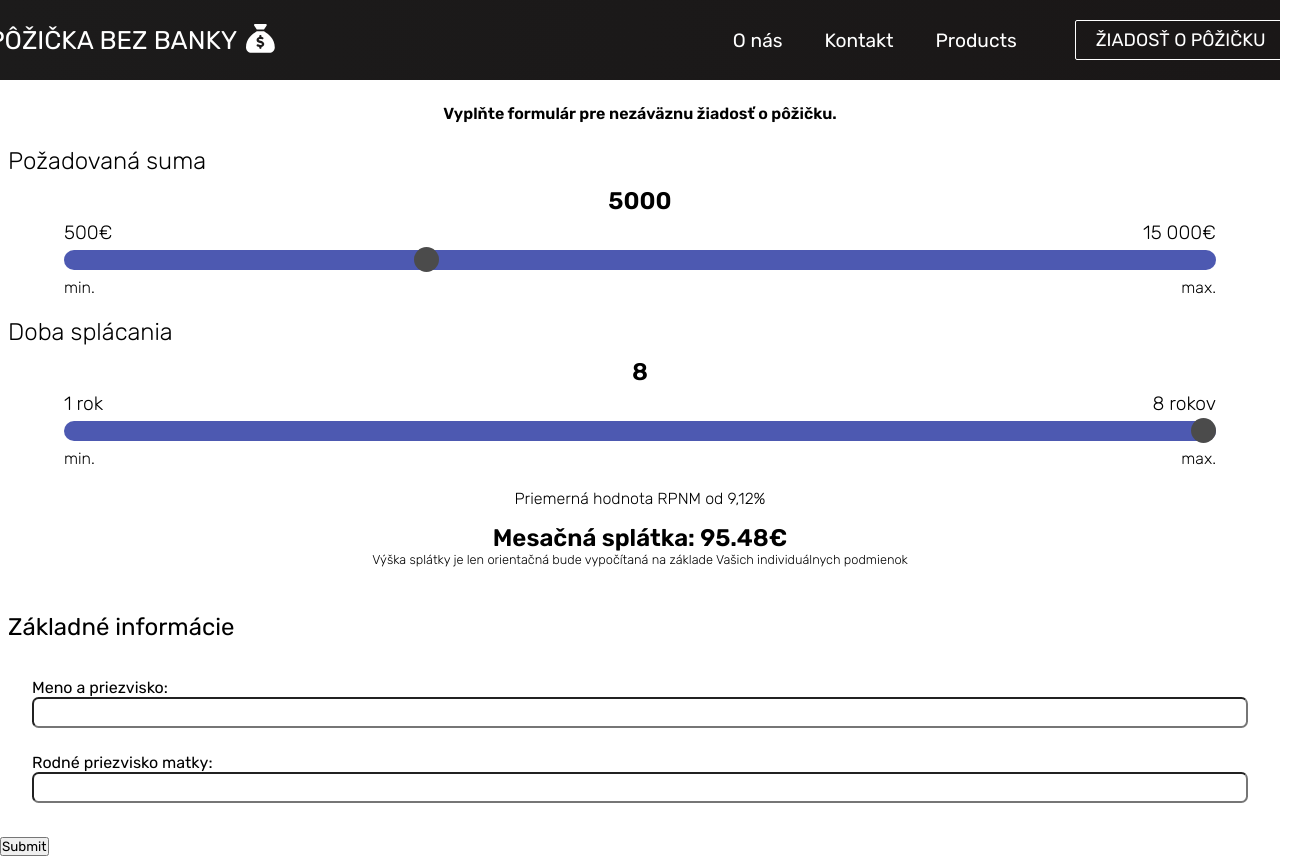
Repository: steve-lgtm/React-website-pozickabezbanky
Page: /ziadost
The author's editor kept a copy of each file at every save. The page is drawn from the files as they stood at one save, then again after the next save.
The browser window is 1280 px wide. The page is 1305 px wide, so the pictures cover 1305 px, including what lies to the right of the window. The pictures show the whole page.
Some web libraries are served in a nearby version. The project was rebuilt for these pictures with package versions that can differ from the ones it lists, and the page was loaded fresh each time. Also part of the build but not shown: src/components/pages/Home.js, src/components/pages/Kontakt.js, src/components/pages/Products.js.

Above is the page before, as saved 2022-07-10 16:24:08.

### src/App.js
import React from 'react';
import Navbar from './components/Navbar';
import './App.css';
import Home from './components/pages/Home.js';
import { BrowserRouter as Router, Routes, Route } from 'react-router-dom';
import Kontakt from './components/pages/Kontakt';
import Products from './components/pages/Products';
import Ziadost from './components/pages/Ziadost';
import { library } from '@fortawesome/fontawesome-svg-core'
import { fas } from '@fortawesome/free-solid-svg-icons'


library.add(fas)


function App() {
  return (
      <Router>
        <Navbar />
        <Routes>
          <Route path='/' exact element={<Home />} />
          <Route path='/kontakt' element={<Kontakt/>} />
          <Route path='/products' element={<Products/>} />
          <Route path='/ziadost' element={<Ziadost/>} />
        </Routes>
      </Router>
  );
}

export default App;

### src/components/Navbar.js
import React, { useState, useEffect } from 'react';
import { Button } from './Button';
import { Link } from 'react-router-dom';
import './Navbar.css';
import { FontAwesomeIcon } from '@fortawesome/react-fontawesome';

function Navbar() {
  const [click, setClick] = useState(false);
  const [button, setButton] = useState(true);

  const handleClick = () => setClick(!click);
  const closeMobileMenu = () => setClick(false);

  const showButton = () => {
    if (window.innerWidth <= 1040) {
      setButton(false);
    } else {
      setButton(true);
    }
  };

  useEffect(() => {
    showButton();
  }, []);

  window.addEventListener('resize', showButton);

  return (
    <>
      <nav className='navbar'>
        <div className='navbar-container'>
          <Link to='/' className='navbar-logo' onClick={closeMobileMenu}>
            PÔŽIČKA BEZ BANKY
           {/* <FontAwesomeIcon icon="fa-solid fa-money-bill-1-wave" className='nav-icon'/> */}
           <FontAwesomeIcon icon="fa-solid fa-sack-dollar" className='nav-icon' />
          </Link>
          <div className='menu-icon' onClick={handleClick}>
            <i className={click ? 'fas fa-times' : 'fas fa-bars'} />
          </div>
          <ul className={click ? 'nav-menu active' : 'nav-menu'}>
            <li className='nav-item'>
              <Link to='/' className='nav-links' onClick={closeMobileMenu}>
                O nás
              </Link>
            </li>
            <li className='nav-item'>
              <Link
                to='/kontakt'
                className='nav-links'
                onClick={closeMobileMenu}
              >
                Kontakt
              </Link>
            </li>
            <li className='nav-item'>
              <Link
                to='/products'
                className='nav-links'
                onClick={closeMobileMenu}
              >
                Products
              </Link>
            </li>

            <li>
              <Link
                to='/ziadost'
                className='nav-links-mobile'
                onClick={closeMobileMenu}
              >
                ŽIADOSŤ O PÔŽIČKU
              </Link>
            </li>
          </ul>
          {button && <Button buttonStyle='btn--outline'>ŽIADOSŤ O PÔŽIČKU</Button>}
        </div>
      </nav>
    </>
  );
}

export default Navbar;

### src/App.css
@import url('https://fonts.googleapis.com/css2?family=Rubik:wght@300;400;600&display=swap');
* {
  box-sizing: border-box;
  margin: 0;
  padding: 0;
  font-family: 'Rubik', sans-serif;



}

.home,
.services,
.products,
.sign-up {
  display: flex;
  height: 89vh;
  align-items: center;
  justify-content: center;
  font-size: 3rem;
}

.services {
  background-color: blue;
  background-size: cover;
  background-repeat: no-repeat;
  color: rgb(0, 0, 0);
  font-size: 20px;
}

.products {
  background-color: blue;
  background-position: center;
  background-size: cover;
  background-repeat: no-repeat;
  color: #fff;
  font-size: 100 rem;
}

.sign-up {
  background-position: center;
  background-size: cover;
  background-repeat: no-repeat;
  color: rgb(0, 0, 0);
  font-size: 100px;
}
.home {
  background-position: center;
  background-size: cover;
  background-repeat: no-repeat;
  color: rgb(0, 0, 0);
  font-size: 100px;
}

### src/components/pages/Ziadost.js
import React from 'react';
import '../../App.css';
import './Ziadost.css'
import { useState } from 'react';
import { useFormik} from 'formik'

function PMT(ir, np, pv, fv, type) {

  //  * ir   - interest rate per month
  //  * np   - number of periods (months)
   // * pv   - present value
   // * fv   - future value
  //  * type - when the payments are due:
 //   *        0: end of the period, e.g. end of month (default)
  //  *        1: beginning of period

   var pmt, pvif;

   fv || (fv = 0);
   type || (type = 0);

   if (ir === 0)
       return -(pv + fv)/np;

   pvif = Math.pow(1 + ir, np);
   pmt = - ir * pv * (pvif + fv) / (pvif - 1);

   if (type === 1)
       pmt /= (1 + ir);


   return pmt;}

export default function Ziadost() {
  const [mounthAmount, setMounthAmount] = useState(95.48);
  const formik =  useFormik({
    initialValues: {
      amount: 5000,
      period: 8,
      name: '',
      surnameMom:''
    },
    onSubmit: values => {
      console.log('Form data',values)
    },
    validate: values => {
      let errors ={}

      if(!values.name) {
        errors.name = 'Requiered'
      }

      if(!values.surnameMom) {
        errors.name = 'Requiered'
      }

      return errors
    }
  });

 const changeAmount = (e) => {
  let urk_sdz = 0.1834;
  if(e.target.name==='amount'){
    let urk_sdz = 0.1834;
    if ( formik.values.period===1) urk_sdz = 0.3910;
    if ( formik.values.period>1 && formik.values.period<6 ) urk_sdz = 0.2098; //0.22;
    if ( formik.values.period>5 && formik.values.period<9 ) urk_sdz = 0.1834;
    let finalAmount = Math.round(PMT(Math.pow((1+urk_sdz),1/12)-1,(formik.values.period*12),-1*e.target.value)*100) /100;
  setMounthAmount(finalAmount)}

  if(e.target.name==='period'){
    if ( e.target.value===1) urk_sdz = 0.3910;
    if ( e.target.value>1 && e.target.value<6 ) urk_sdz = 0.2098; //0.22;
    if ( e.target.value>5 && e.target.value<9 ) urk_sdz = 0.1834;
    let finalAmount = Math.round(PMT(Math.pow((1+urk_sdz),1/12)-1,(e.target.value*12),-1*formik.values.amount)*100) /100;
    setMounthAmount(finalAmount)}
  };
  return (
    <>
      <h1 className='header-form'>
          Vyplňte formulár pre nezáväznu žiadosť o pôžičku.
        </h1>
      <form onSubmit={formik.handleSubmit}>
      <div className='container-form'>
        <div className='section-name'>Požadovaná suma</div>
            <h2>{formik.values.amount}</h2>
            <div className="containerslider">
                <div className="pullleft" style={{fontSize:"1.2rem"}}>
                    500€
                </div>
                <div className="pullright" style={{fontSize:"1.2rem"}}>
                    15 000€
                </div>
            <input type="range" name="amount" step="100" min="500" max="15000" onChange={(e) =>{formik.handleChange(e); changeAmount(e)}} value={formik.values.amount} className="slider" id="suma"/>
            <div className="pullleft" style={{fontSize: "1rem"}}>
                min.
            </div>
            <div className="pullright" style={{fontSize: "1rem"}}>
                max.
            </div>
            </div>

       <div className='section-name'>Doba splácania</div>
       <h2>{formik.values.period}</h2>
            <div className="containerslider">
                <div className="pullleft" style={{fontSize:"1.2rem"}}>
                    1 rok
                </div>
                <div className="pullright" style={{fontSize:"1.2rem"}}>
                    8 rokov
                </div>
            <input type="range" name="period" step="1" min="1" max="8" onChange={(e) => {formik.handleChange(e); changeAmount(e)}} value={formik.values.period} className="slider" id="doba"/>
            <div className="pullleft" style={{fontSize: "1rem"}}>
                min.
            </div>
            <div className="pullright" style={{fontSize: "1rem"}}>
                max.
            </div>
            </div>
            <div className="info">
        Priemerná hodnota RPNM od 9,12%
        </div>
        <h2> Mesačná splátka: {mounthAmount}€</h2>
        <div className="info2">
            Výška splátky je len orientačná bude vypočítaná na základe Vašich individuálnych podmienok
        </div>
            </div>
          <div className='personal-data'>
          <div className='section-name'>Základné informácie</div>
            <div className='personal-data-field'>
          <label htmlFor="name">Meno a priezvisko:</label>
      <input type="text" name="name" id="name" onChange={formik.handleChange} value={formik.values.name}/>
      </div>
      <div className='personal-data-field'>
      <label htmlFor="surnameMom">Rodné priezvisko matky:</label>
      <input type="text" name="surnameMom" id="surnameMom" onChange={formik.handleChange} value={formik.values.surnameMom}/>
            </div>
            </div>
            <button type='submit'>Submit</button>
      </form>

    </>
  );
}

### src/components/Button.js
// import React from 'react';
// import './Button.css';
// import { Link } from 'react-router-dom';

// export function Button() {
//   return (
//     <Link to='sign-up'>
//       <button className='btn'>Sign Up</button>
//     </Link>
//   );
// }

import React from 'react';
import './Button.css';
import { Link } from 'react-router-dom';

const STYLES = ['btn--primary', 'btn--outline', 'btn--test'];

const SIZES = ['btn--medium', 'btn--large'];

export const Button = ({
  children,
  type,
  onClick,
  buttonStyle,
  buttonSize
}) => {
  const checkButtonStyle = STYLES.includes(buttonStyle)
    ? buttonStyle
    : STYLES[0];

  const checkButtonSize = SIZES.includes(buttonSize) ? buttonSize : SIZES[0];

  return (
    <Link to='/ziadost' className='btn-mobile'>
      <button
        className={`btn ${checkButtonStyle} ${checkButtonSize}`}
        onClick={onClick}
        type={type}
      >
        {children}
      </button>
    </Link>
  );
};

### src/components/Navbar.css
.navbar {
    background: linear-gradient(90deg, rgb(28, 27, 27) 0%, rgb(26, 23, 23) 100%);
    height: 80px;
    display: flex;
    justify-content: center;
    align-items: center;
    font-size: 1.2rem;
    position: sticky;
    top: 0;
    z-index: 999;
    font-weight: 400;
    white-space: nowrap;
  }

  .navbar-container {
    display: flex;
    justify-content: center;
    align-items: center;
    height: 80px;
    max-width: 1500px;
  }

  .navbar-logo {
    color: #fff;
    justify-self: start;
    margin-left: 0.5em;
    cursor: pointer;
    text-decoration: none;
    font-size: 1.6rem;
    display: flex;
    align-items: center;

  }

  .nav-icon {
    margin-left: 0.3em;
    margin-bottom: 0.1em;
    font-size: 1.8rem;
  }

  .nav-menu {
    display: grid;
    grid-template-columns: repeat(4, auto);
    grid-gap: 10px;
    list-style: none;
    text-align: center;
    width: 60vw;
    justify-content: end;
    margin-right: 2rem;
  }

  .nav-item {
    height: 3.5em;
  }

  .nav-links {
    color: #fff;
    display: flex;
    align-items: center;
    text-decoration: none;
    padding: 0.5rem 1rem;
    height: 100%;
  }

  .nav-links:hover {
    border-bottom: 4px solid #fff;
    transition: all 0.2s ease-out;
  }

  .fa-bars {
    color: rgb(255, 255, 255);
  }

  .nav-links-mobile {
    display: none;
  }

  .menu-icon {
    display: none;
  }

  @media screen and (max-width: 1040px) {
    .NavbarItems {
      position: relative;
    }

    .nav-menu {
      display: flex;
      flex-direction: column;
      justify-content: flex-start;
      width: 100%;
      height: 100vh;
      position: absolute;
      top: 80px;
      left: -100%;
      opacity: 1;
      transition: all 0.5s ease;
    }

    .nav-menu.active {
      background: #242222;
      left: 0;
      opacity: 1;
      transition: all 0.5s ease;
      z-index: 1;
    }

    .nav-links {
      font-size: 1.5rem;
      text-align: center;
      padding: 2rem;
      width: 100%;
      display: table;
    }

    .nav-links:hover {
      background-color: #fff;
      color: #242424;
      border-radius: 0;
    }

    .navbar-logo {
      float: left;}

    .navbar {
      justify-content: flex-start;
    }
    .navbar-container {
      float: left;
    }
    .menu-icon {
      display: block;
      position: absolute;
      top: 0;
      right: 0;
      transform: translate(-100%, 60%);
      font-size: 1.8rem;
      cursor: pointer;
    }

    .fa-times {
      color: #fff;
      font-size: 2rem;
    }

    .nav-links-mobile {
      display: block;
      text-align: center;
      margin: 2rem auto;
      border-radius: 4px;
      width: 80%;
      text-decoration: none;
      font-size: 1.5rem;
      background-color: transparent;
      color: #fff;
      padding: 14px 20px;
      border: 1px solid #fff;
      transition: all 0.3s ease-out;
    }

    .nav-links-mobile:hover {
      background: #fff;
      color: #242424;
      transition: 250ms;
    }
  }

### src/components/pages/Ziadost.css

.container-form {
margin: 0.5em;
display: flex;
flex-direction: column;
align-items: center;
font-weight: 300;
}
.pullleft{
    margin-top:0.3em;
    margin-bottom: 0.3em;
    float: left;

}
.pullright{
    margin-top:0.3em;
    margin-bottom: 0.3em;
    float: right;
}

.containerslider {
    width: 90vw;
    margin-bottom: 1em;
}
.header-form {
    text-align: center;
    font-size: 1rem;
    padding: 1em;
    padding-top: 1.5em;
}
.info{
    font-size: 1rem;
    color:black;
    text-align: center;
    margin-bottom: 1em;
}
.info2{
    font-size: 0.8rem;
    color:black;
    text-align: center;
    margin-bottom: 1em;
}
.slider {
    -webkit-appearance: none;
    width: 100%;
    height: 20px;
    background: #021391;
    outline: none;
    opacity: 0.7;
    -webkit-transition: .2s;
    transition: opacity .2s;
    border-radius: 1em;

  }
.section-name {
    align-self: flex-start;
    font-size: 1.5em;
    margin-bottom: 0.5em;
}

  .slider::-webkit-slider-thumb {
    -webkit-appearance: none;
    appearance: none;
    width: 25px;
    height: 25px;
    background: #000000;
    cursor: pointer;
    border-radius: 40px;
  }

  .slider::-moz-range-thumb {
    width: 25px;
    height: 25px;
    background: #000000;
    cursor: pointer;
  }
.arrow{
    width: 70px;
    margin-bottom: -1em;
}

.personal-data{
    display: flex;
    flex-direction: column;
    justify-content:space-evenly;
    height: 15em;
    margin: 0.5em;
}
.personal-data-field{
    display: flex;
    flex-direction: column;
    justify-content:space-around;
    height: 7vh;
    margin: 0 1.5em;
}
input[type=text] {
    border-radius: 0.5em;
    height: 10vh;
}

### src/components/Button.css
:root {
  --primary: #fff;
}

.btn {
  padding: 8px 20px;
  border-radius: 2px;
  outline: none;
  border: none;
  cursor: pointer;
}

.btn--primary {
  background-color: var(--primary);
  color: #242424;
  border: 1px solid var(--primary);
}

.btn--outline {
  background-color: transparent;
  color: #fff;
  padding: 8px 20px;
  border: 1px solid var(--primary);
  transition: all 0.3s ease-out;
}

.btn--medium {
  margin-right: 1em;
  padding: 8px 20px;
  font-size: 18px;
}

.btn--large {
  padding: 12px 26px;
  font-size: 20px;
}

.btn--large:hover,
.btn--medium:hover {
  transition: all 0.3s ease-out;
  background: #fff;
  color: #242424;
  transition: 250ms;
}

Loaded but not shown: public/index.html (common file); src/index.js (common file); src/index.css (common file)

After the next save:
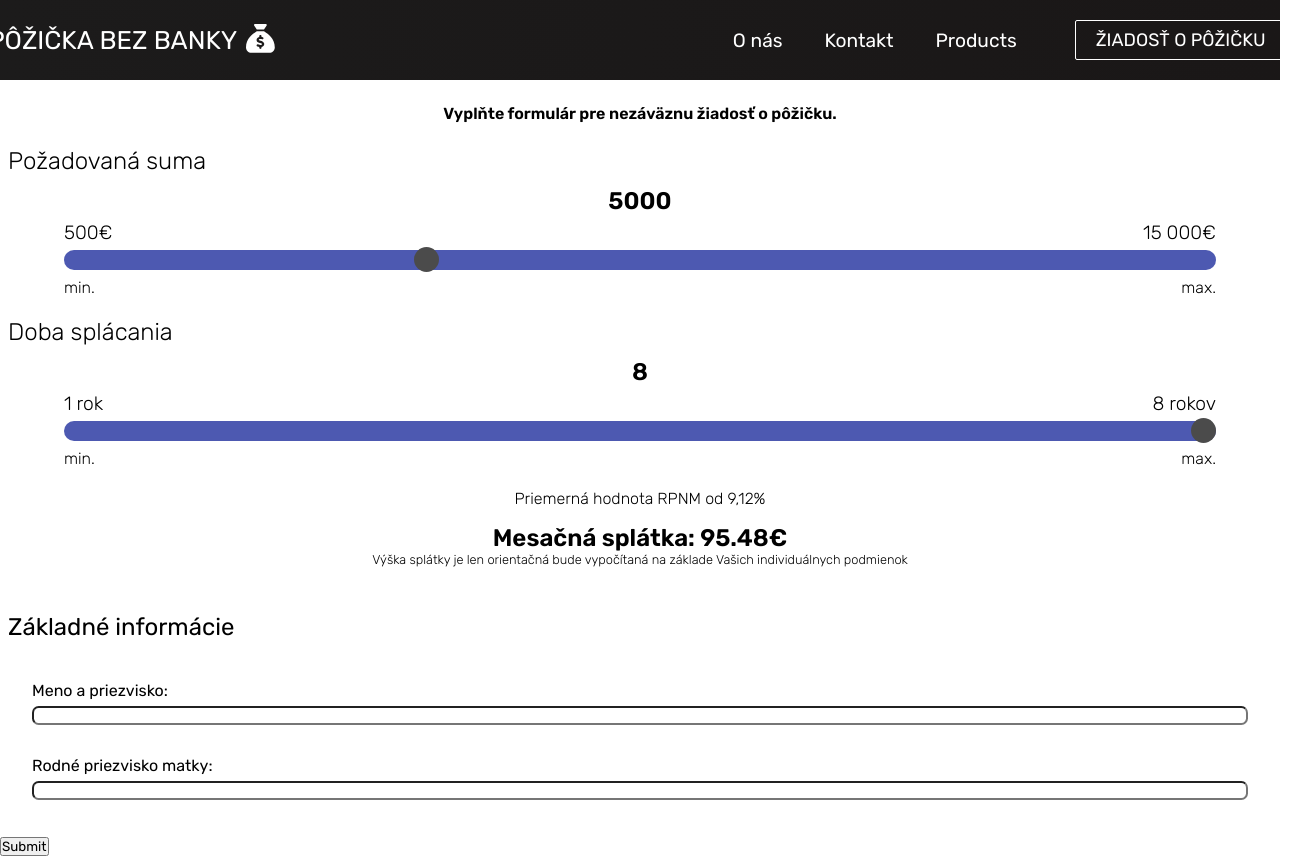
Saved 20 s later.
--- a/src/components/pages/Ziadost.css
+++ b/src/components/pages/Ziadost.css
@@ -95,5 +95,4 @@ font-weight: 300;
 }
 input[type=text] {
     border-radius: 0.5em;
-    height: 10vh;
 }
